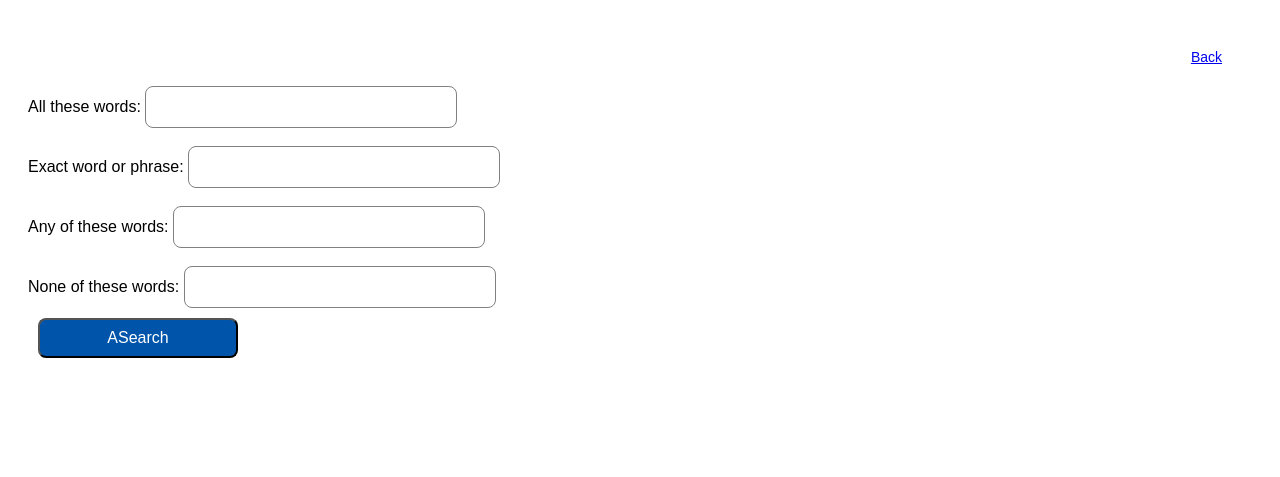
Repository: lyutok/cs50-search-project
Page: advanced.html
The author's editor kept a copy of each file at every save. The page is drawn from the files as they stood at one save, then again after the next save.
The browser window is 1280 px wide. The pictures show the whole page.
The style sheet was rebuilt from its Sass, Less or Tailwind sources for each picture, by a compiler version that may differ from the author's.

Above is the page before, as saved 2025-07-07 13:47:59.

### advanced.html
<!DOCTYPE html>
<html lang="en">
<head>
    <meta name="viewport" content="width=device-width, initial-scale=1.0" charset="UTF-8">
    <title>Advanced Search</title>
    <link rel="stylesheet" href="styles.css">
    </head>
<body id="advanced_page">
    <div>
        <a href="google.html">Back</a>
    </div>
    <form action="https://www.google.com/search">
        <label for="all-words">All these words:</label>
        <input type="text" id="all-words" name="as_q">
        <br><br>
        <label for="exact-word">Exact word or phrase:</label>
        <input type="text" id="exact-word" name="as_epq">
        <br><br>
        <label for="any-word">Any of these words:</label>
        <input type="text" id="any-word" name="as_oq">
        <br><br>
        <label for="none-words">None of these words:</label>
        <input type="text" id="none-words" name="as_eq">

        <br>
        <button id="advanced" type="submit">ASearch</button>
    </form>
</body>
</html>

### styles.scss
$color: rgb(48, 177, 106);

a {
    font-size: 14px;
    padding: 10px;
}

body {
    font-family: Arial, sans-serif;
    padding: 20px;
    text-align: center;

    div {
        text-align: right;
        padding: 20px;
    }
}

input {
    width: 300px;
    height: 30px;
    border-radius: 8px;
    border: 1px solid grey;
    padding: 5px;
    font-size: 16px;
}

button {
    margin: 10px;
    border-radius: 8px;
    background-color: rgb(45, 128, 0);
    font-size: 16px;
    color: white;
    height: 40px;
    width: 100px;
}

#advanced {
  background-color: rgb(0, 85, 170);
  width: 200px;
}

button:hover {
                background-color: rgb(192, 196, 186);
            }

#advanced_page {
    text-align: left;
}

After the next save:
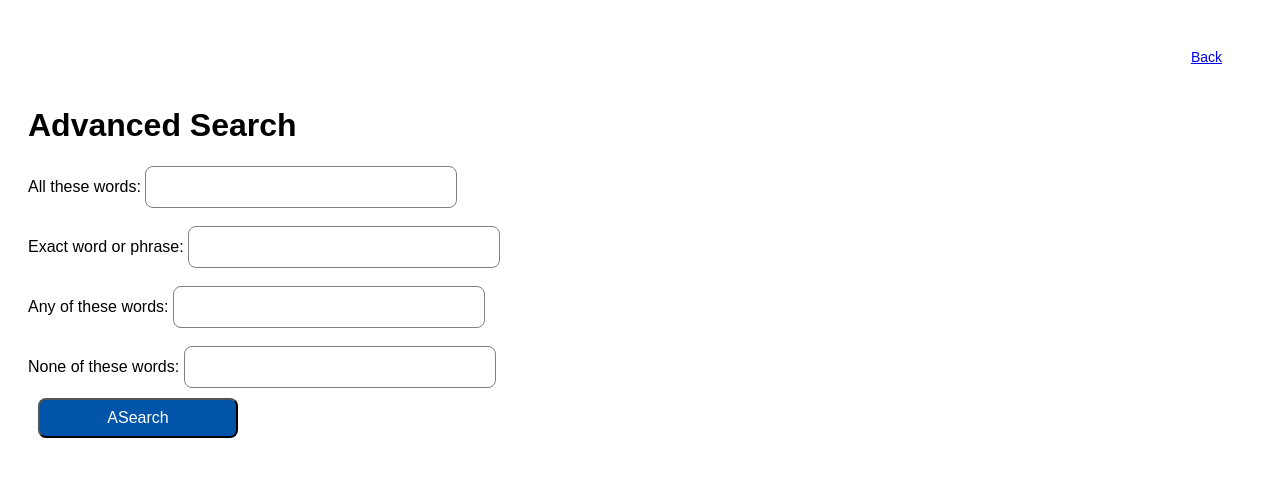
Saved 6 s later.
--- a/advanced.html
+++ b/advanced.html
@@ -9,6 +9,7 @@
     <div>
         <a href="google.html">Back</a>
     </div>
+    <h1>Advanced Search</h1>
     <form action="https://www.google.com/search">
         <label for="all-words">All these words:</label>
         <input type="text" id="all-words" name="as_q">
